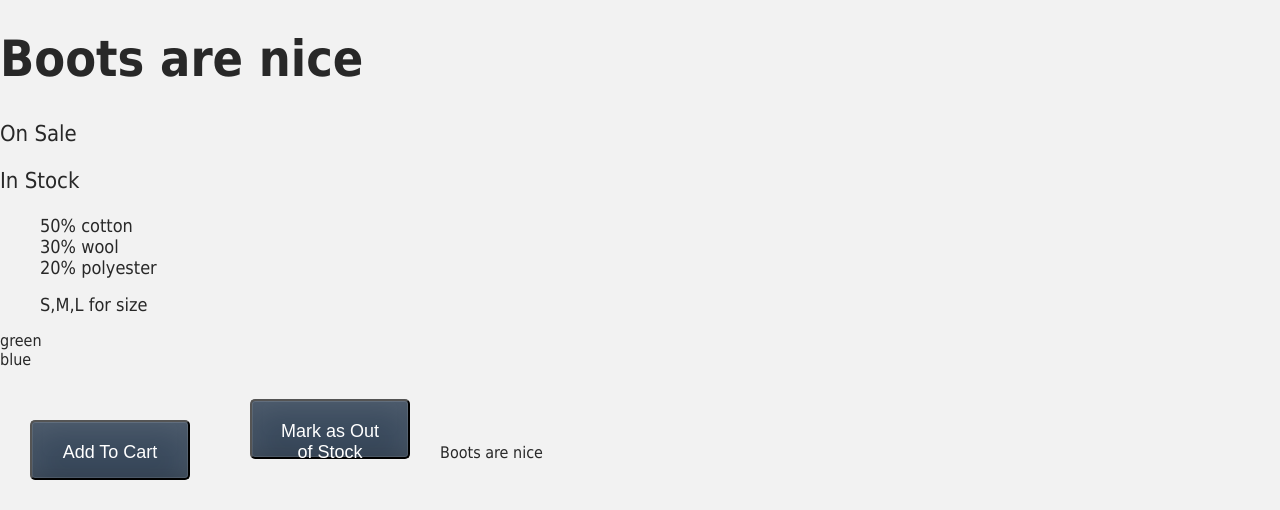
Repository: assassinhua/lab1
Page: index.html
The author's editor kept a copy of each file at every save. The page is drawn from the files as they stood at one save, then again after the next save.
The browser window is 1280 px wide. The pictures show the part of the page from y = 484 to 994 px (the page is 994 px tall before and 973 px after).
A picture or video elsewhere on the page could not be fetched, so the positions and the page height are approximate.

Above is the page before, as saved 2024-10-22 19:09:37.

### index.html
<!DOCTYPE html>
<html lang="en">

<head>
    <meta charset="UTF-8" />
    <title>Intro SE331</title>
    <!-- Import Styles -->
    <link rel="stylesheet" href="./assets/styles.css" />
    <!-- Import Vue.js -->
    <script src="https://unpkg.com/vue@3/dist/vue.global.js"></script>
</head>

<body>
    <div id="app">
        <div class="nav-bar"></div>
        <div class="cart">Cart({{ cart}})</div>
        <div class="product-display">
 	      <div class="product-container">
                <div class="product-image">
                    <img :src="image" >
                </div>
                </div>

            </div>


        <div class="product-info">
            <h1>{{product}}</h1>
            <p v-if="inventory > 10">On Sale</p>
            <p v-else-if="inventory <= 10 && inventory > 0">Almost out of on sale</p>
            <p v-else>Out of sale</p>
            <p v-if="inventory > 10">In Stock</p>
            <p v-else-if="inventory <= 10 && inventory > 0">Almost out of Stock</p>
            <p v-else>Out of Stock</p>
            <ul>
                                <li v-for="detail in details">{{detail}}</li>

                            </ul>
            <ul>
                <li v-for="size in sizes">{{size}}</li>
            </ul>
                            <div v-for="variant in variants" :key="variant.id"
                            @mouseover="updateImage(variant.image)">
                                {{ variant.color}}

            </div>
            <button class="button" @click="addToCart">Add To Cart</button>
            <button class="button" @click="toggleInStock">
                {{ inStock ? 'Mark as Out of Stock' : ' In Stock' }}
            </button>




            <a :href="productLink">{{ product }}</a>
        </div>

    </div>

    <!-- Import Js -->


    <script src="./main.js"></script>





</body>

</html>

### assets/styles.css
body {
  background-color: #f2f2f2;
  margin: 0px;
  font-family: tahoma;
  color: #282828;
}

.button {
  margin: 30px;
  background-color: #39495c;
  border-radius: 5px;
  font-size: 18px;
  width: 160px;
  height: 60px;
  color: white;
  padding: 20px;
  box-shadow: inset 0 -0.6em 1em -0.35em rgba(0, 0, 0, 0.17),
    inset 0 0.6em 2em -0.3em rgba(255, 255, 255, 0.15),
    inset 0 0 0em 0.05em rgba(255, 255, 255, 0.12);
  text-align: center;
  cursor: pointer;
}

.cart {
  margin: 25px 100px;
  float: right;
  border: 1px solid #d8d8d8;
  padding: 10px 30px;
  background-color: white;
  -webkit-box-shadow: 0px 2px 15px -12px rgba(0, 0, 0, 0.57);
  -moz-box-shadow: 0px 2px 15px -12px rgba(0, 0, 0, 0.57);
  box-shadow: 2px 15px -12px rgba(0, 0, 0, 0.57);
}

.color-circle {
  width: 50px;
  height: 50px;
  margin-top: 8px;
  border: 2px solid #d8d8d8;
  border-radius: 50%;
}


.disabledButton {
  background-color: #d8d8d8;
  cursor: not-allowed;
}

h1 {
  font-size: 50px;
}

h3 {
  font-size: 25px;
}

img {
  border: 2px solid #d8d8d8;
  width: 70%;
  margin: 40px;
  padding: 15px;
  -webkit-box-shadow: 0px 2px 15px -12px rgba(0, 0, 0, 0.57);
  -moz-box-shadow: 0px 2px 15px -12px rgba(0, 0, 0, 0.57);
  box-shadow: 2px 15px -12px rgba(0, 0, 0, 0.57);
}

input {
  width: 100%;
  height: 40px;
  margin-bottom: 20px;
}

label {
  font-size: 20px;
  margin-bottom: 5px;
}

li {
  font-size: 18px;
}

.nav-bar {
  background: linear-gradient(-90deg, #84cf6a, #16c0b0);
  height: 60px;
  margin-bottom: 25px;
  -webkit-box-shadow: 0px 2px 15px -12px rgba(0, 0, 0, 0.57);
  -moz-box-shadow: 0px 2px 15px -12px rgba(0, 0, 0, 0.57);
  box-shadow: 1px 1px 5px rgba(0, 0, 0, 0.57);
}

.out-of-stock-img {
  opacity:0.5
}

p {
  font-size: 22px;
}

.product-display {
  display: flex;
  flex-direction: column;
  padding: 1rem;
}

.product-container {
  display: flex;
  flex-direction: row;
  flex-wrap: wrap;
}

.product-image,
.product-info {
  width: 50%;
}

.review-form {
  display: flex;
  flex-direction: column;
  width: 425px;
  padding: 20px;
  margin: 40px;
  border: 2px solid #d8d8d8;
  background-color: white;
  -webkit-box-shadow: 0px 2px 15px -12px rgba(0, 0, 0, 0.57);
  -moz-box-shadow: 0px 2px 15px -12px rgba(0, 0, 0, 0.57);
  box-shadow: 2px 15px -12px rgba(0, 0, 0, 0.57);
}

.review-container {
  width: 425px;
  padding: 20px;
  background-color: white;
  -webkit-box-shadow: 0px 2px 20px -12px rgba(0, 0, 0, 0.57);
  -moz-box-shadow: 0px 2px 20px -12px rgba(0, 0, 0, 0.57);
  box-shadow: 2px 20px -12px rgba(0, 0, 0, 0.57);
  margin-left: 40px;
  border: 2px solid #d8d8d8;
}

.review-container li {
  margin-bottom: 30px;
}

.review-form .button {
  display: block;
  margin: 30px auto;
}

select {
  height: 40px;
  font-size: 20px;
  background-color: white;
  cursor: pointer;
}

textarea {
  width: 95%;
  height: 70px;
  padding: 10px;
  font-size: 20px;
  margin-bottom: 20px;
}

ul {
  list-style-type: none;
}

@media only screen and (max-width: 600px) {
  .container {
    flex-direction: column;
  }

  .product-image,
  .product-info {
    margin-left: 10px;
    width: 100%;
  }

  .review-form {
    width: 90%;
  }
}

### main.js
const { createApp, ref } = Vue

createApp({
    setup(){
        const product = ref('Boots are  nice')


        const image = ref('./assets/images/socks_green.jpg')
       const inStock = ref(true)
        const inventory  = ref(100)
        const OnSale = ref(true)
        const details = ref([
                       '50% cotton',
                       '30% wool',
                       '20% polyester',

                   ])

        const sizes = ref([
                       'S,M,L for size',
        ])
        const variants = ref([
            { id: 2234, color: 'green', image: './assets/images/socks_green.jpg' },
            { id: 2235, color: 'blue', image: './assets/images/socks_blue.jpg' }
                   ])
                   const cart = ref(0)
                   function addToCart() {
                                cart.value +=1
                            }
                            function updateImage(variantImage){
                                            image.value = variantImage
                            }
             const toggleInStock = () => {
                                inStock.value = !inStock.value;
                            }

        return {
            product,
            image,
            inStock,
            inventory,
            OnSale,
            details,
            variants,
            sizes,
            cart,
            addToCart,
            updateImage,
            toggleInStock
        }
}



    }

).mount('#app')

After the next save:
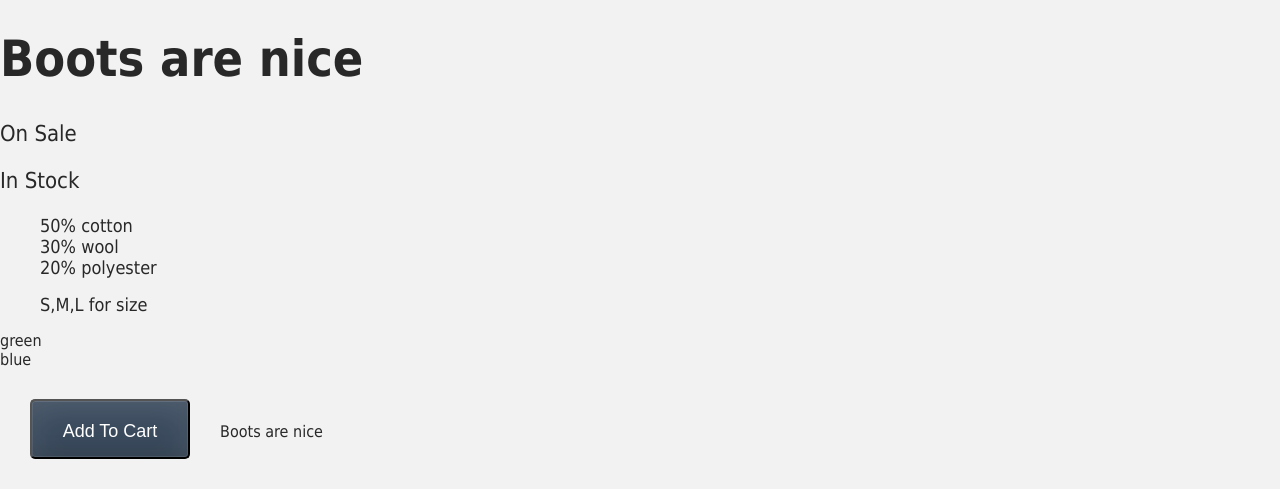
Saved 41 s later.
--- a/index.html
+++ b/index.html
@@ -45,9 +45,7 @@
 
             </div>
             <button class="button" @click="addToCart">Add To Cart</button>
-            <button class="button" @click="toggleInStock">
-                {{ inStock ? 'Mark as Out of Stock' : ' In Stock' }}
-            </button>
+
 
 
 
